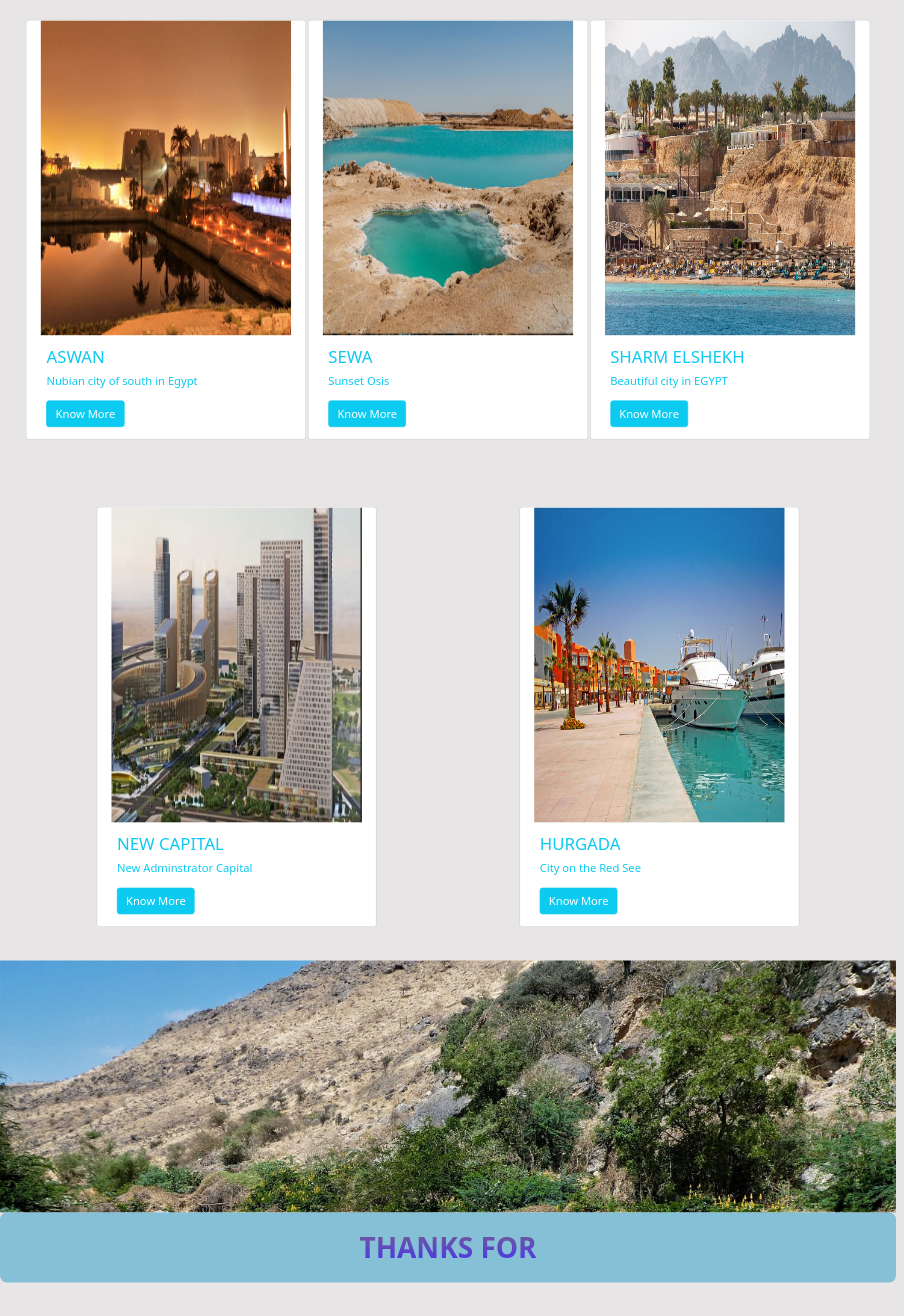
Repository: Ahmed123rezk123/P-temp
Page: index.html
An editor plug-in stored every save of this project. The page is shown before and after the next save, followed by the edit.
The browser window is 1280 px wide. The page is 1292 px wide, so the pictures cover 1292 px, including what lies to the right of the window. The pictures show the part of the page from y = 4313 to 6193 px (the page is 6193 px tall), at 70% of full size.
Backgrounds fixed to the window are drawn as part of the page.

Above is the page before, as saved 2024-02-18 11:57:08.

After the next save:
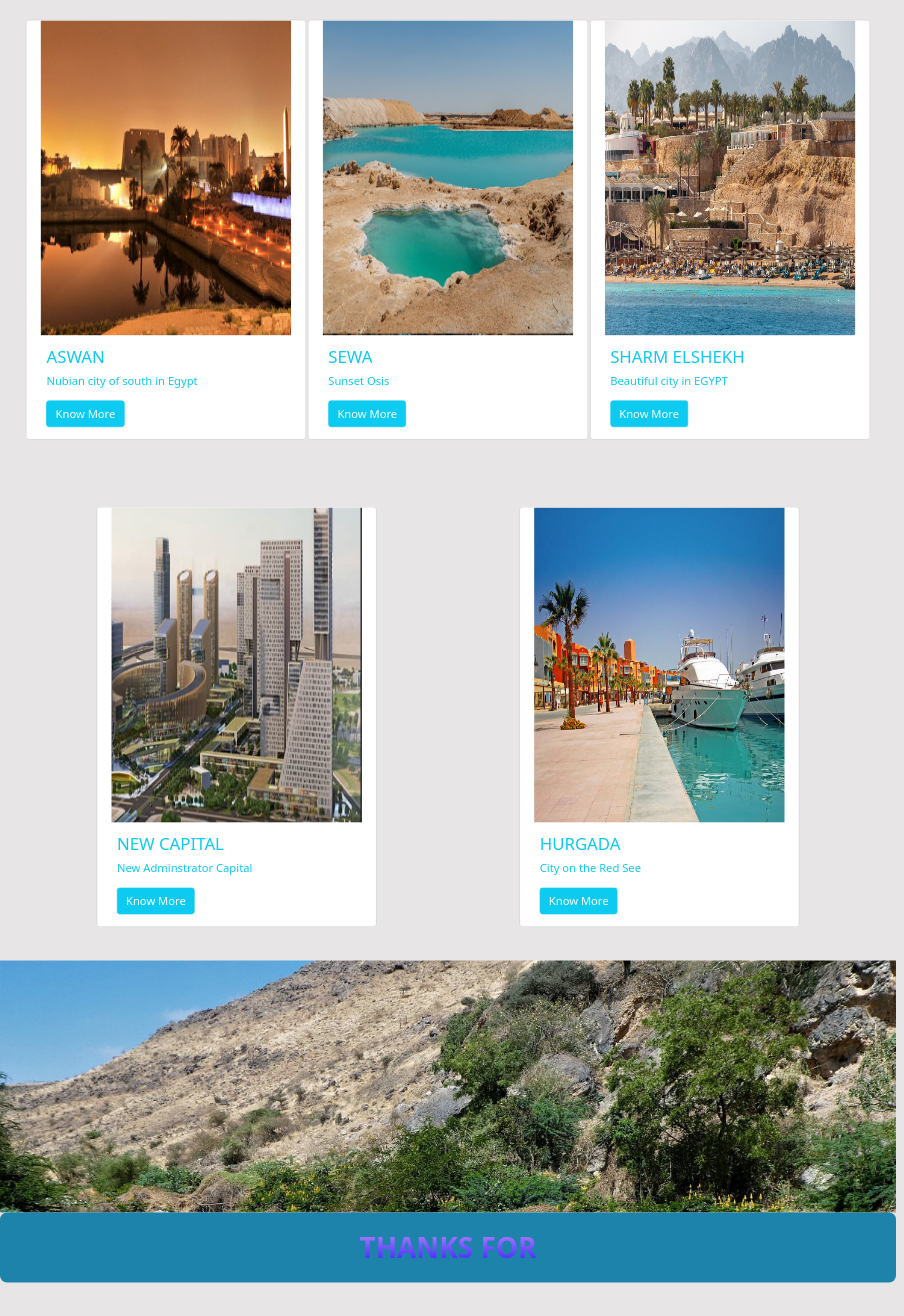
Saved 7 s later.
--- a/CSS/style.css
+++ b/CSS/style.css
@@ -326,7 +326,7 @@ background: -webkit-linear-gradient( #b387ff , rgb(57, 31, 255));
 /* Start section 15 */
 .section15 {
   height: 100px;
-  background-color: rgb(134, 192, 215);
+  background-color: rgb(30, 131, 171);
   position: relative;
   border-radius: 10px;
 }
@@ -338,7 +338,7 @@ transform: translate(-50% , -50%);
 text-transform: uppercase;
 font-weight: bold;
 
-background: -webkit-linear-gradient( #715d92 , rgb(74, 53, 237));
+background: -webkit-linear-gradient( #b387ff , rgb(57, 31, 255));
 -webkit-background-clip: text;
 -webkit-text-fill-color: transparent;
 }
